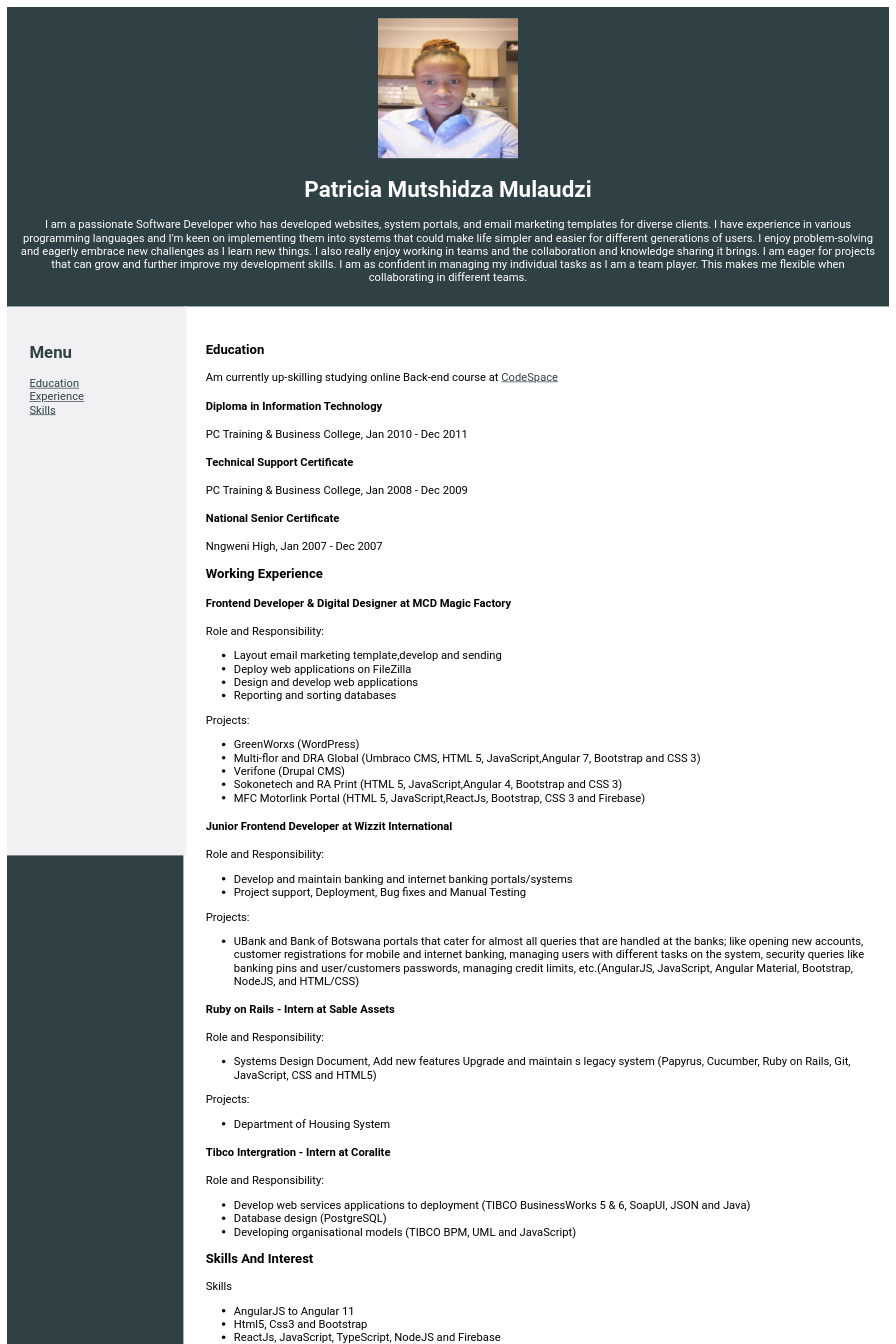
Repository: Patricious/Digital-Resume-01
Page: index.html
The author's editor kept a copy of each file at every save. The page is drawn from the files as they stood at one save, then again after the next save.
The browser window is 1280 px wide. The pictures show the part of the page from y = 0 to 1920 px (the page is 2435 px tall before and 2465 px after), at 70% of full size.
A picture or video elsewhere on the page could not be fetched, so the positions and the page height are approximate.

Above is the page before, as saved 2021-08-23 10:54:12.

After the next save:
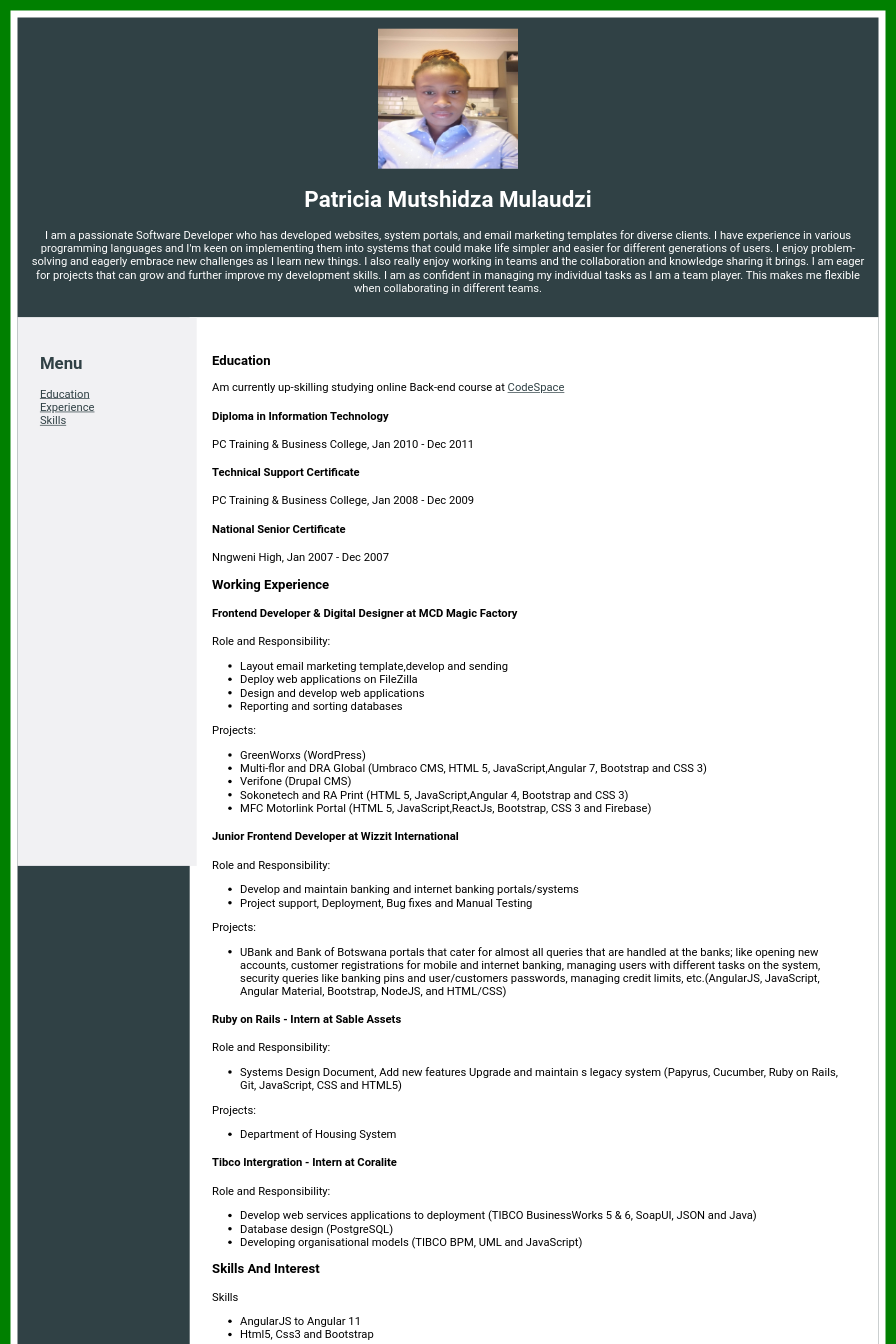
Saved 14 s later.
--- a/css/stylesheet.css
+++ b/css/stylesheet.css
@@ -6,7 +6,7 @@
     }
 
     html {
-        bo
+        border: 15px solid green;
     }
 
     header {
